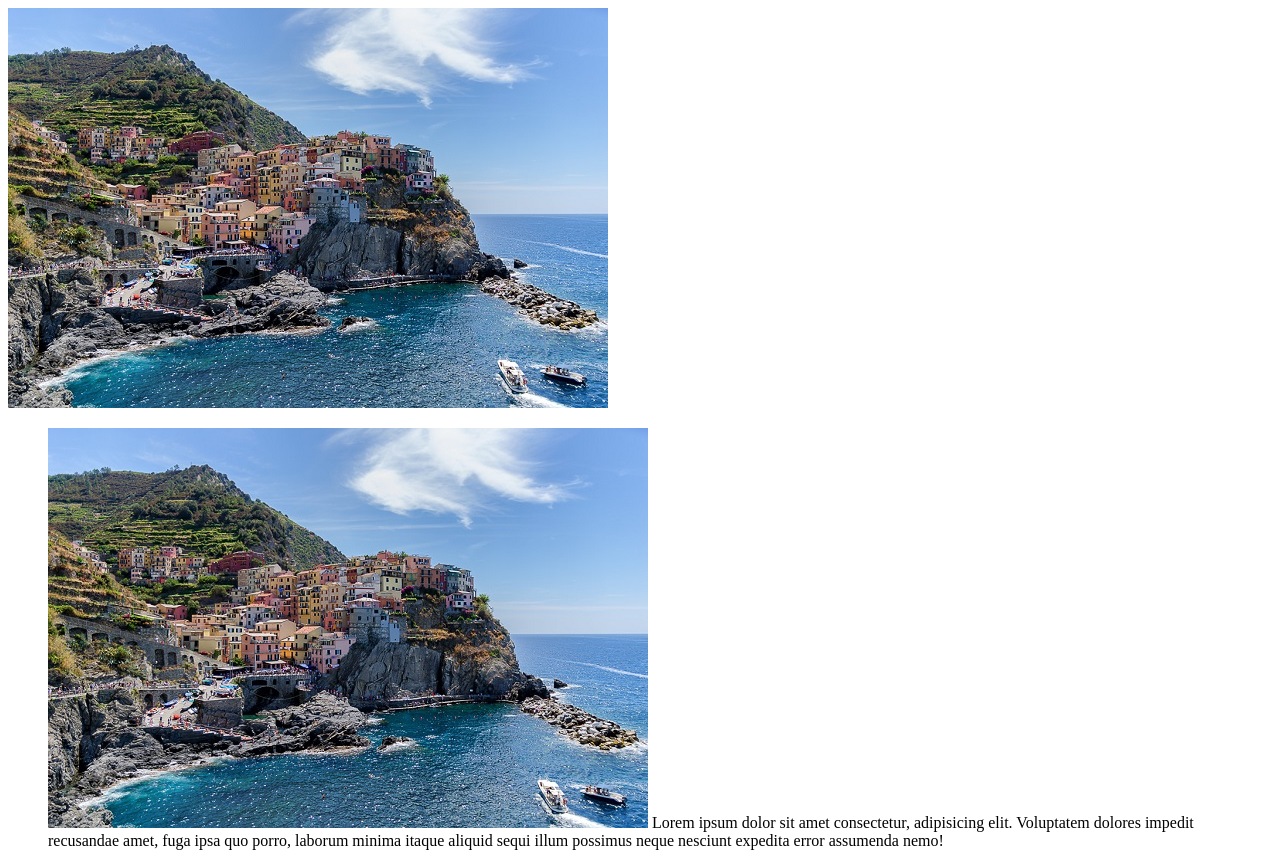
Repository: EmanuelUrbano/introducao_a_tecnologias
Page: 05_05_2022/dropdown_image/index.html
These files come from the project's save history. The page is drawn as it stood at one moment and after the next save; the edit follows.
The browser window is 1280 px wide. The pictures show the whole page.

Above is the page before, as saved 2022-05-09 23:55:56.

### 05_05_2022/dropdown_image/index.html
<!DOCTYPE html>
<html lang="en">
<head>
    <meta charset="UTF-8">
   <link rel="stylesheet" href="style.css">
    <title>Dropdown image</title>
</head>
<body>
    <img src="./Banco de Imagens/img.jpg" alt="" class="imagem_pequena">
    <figure class="imagem_grande">
        <img src="./Banco de Imagens/img.jpg" alt="" >
        <figurecaption>Lorem ipsum dolor sit amet consectetur, adipisicing elit. Voluptatem dolores impedit recusandae amet, fuga ipsa quo porro, laborum minima itaque aliquid sequi illum possimus neque nesciunt expedita error assumenda nemo!</figurecaption>
    </figure>
</body>
</html>

### 05_05_2022/dropdown_image/style.css
img.imagem_pequena{
    display:inline-block;
    height: auto;
    min-width: 30px;
}

After the next save:
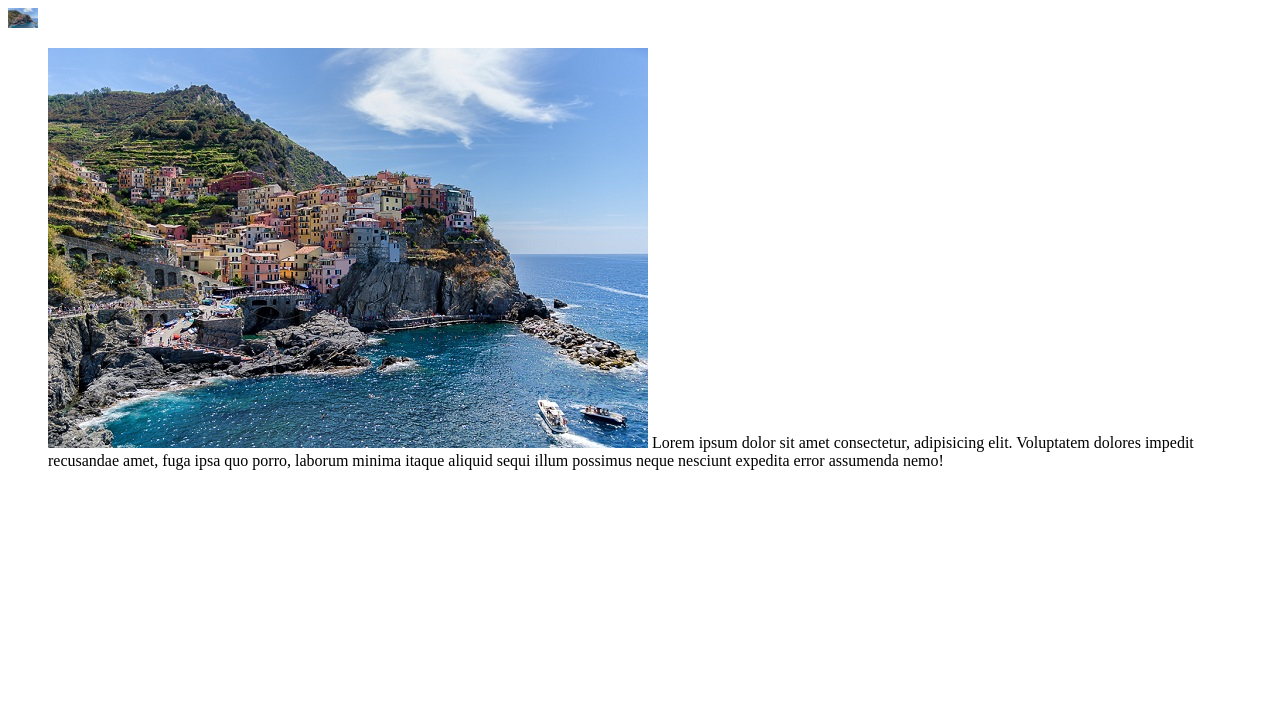
Saved 20 s later.
--- a/05_05_2022/dropdown_image/style.css
+++ b/05_05_2022/dropdown_image/style.css
@@ -1,5 +1,5 @@
 img.imagem_pequena{
     display:inline-block;
     height: auto;
-    min-width: 30px;
+    max-width: 30px;
 }
